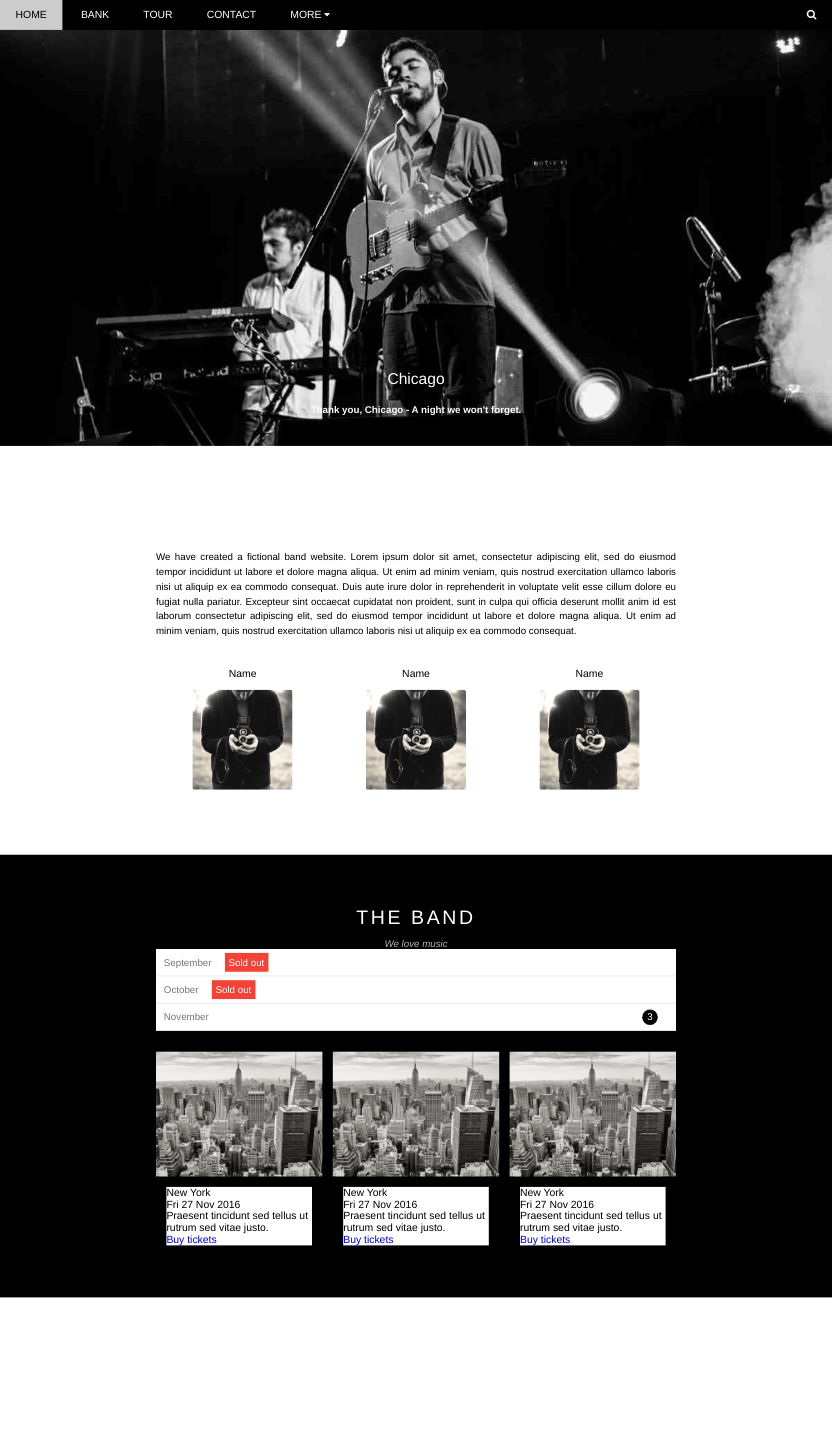
Repository: vuongtm1999/TheBand_W3School
Page: index.html
An editor plug-in stored every save of this project. The page is shown before and after the next save, followed by the edit.
The browser window is 1280 px wide. The pictures show the whole page, at 65% of full size.

Above is the page before, as saved 2022-08-26 17:48:21.

### index.html
<!DOCTYPE html>
<html lang="en">
<head>
    <meta charset="UTF-8">
    <meta http-equiv="X-UA-Compatible" content="IE=edge">
    <meta name="viewport" content="width=device-width, initial-scale=1.0">
    <title>Document</title>
    <link rel="stylesheet" href="./assets/css/style.css">
    <link rel="stylesheet" href="https://cdnjs.cloudflare.com/ajax/libs/font-awesome/4.7.0/css/font-awesome.min.css">

</head>
<body>
        <div id="header">
            <!-- begin: nav -->
            <ul id="nav">
                <li><a href="#">Home</a></li>
                <li><a href="#">Bank</a></li>
                <li><a href="#">Tour</a></li>
                <li><a href="#">Contact</a></li>
                <li>
                    <a href="#">More <i style="font-size: 15px;" class="fa fa-caret-down"></i></a>
                    <ul class="subnav">
                        <li><a href="#">Merchandise</a></li>
                        <li><a href="#">Extras</a></li>
                        <li><a href="#">Media</a></li>
                    </ul>
                </li>
            </ul>
            <!-- end: nav -->

            <!-- begin: search button -->
            <div class="search-button">
                <i class="fa fa-search"></i>
            </div>
            <!-- end: search button -->
        </div>

        <div id="slider">
            <div class="text-content">
                <div class="container">
                    <h3 class=text-heading>
                        Chicago
                    </h3>
                    <div class="text-description">
                        Thank you, Chicago - A night we won't forget.
                    </div>
                </div>
            </div>
        </div>

        <div id="content">
            <!-- about section -->
            <div class="content-section">
                <h2 class="section-heading">THE BAND</h2>
                <p class="section-sub-heading">We love music</p>
                <p class="section-about-text">We have created a fictional band website. Lorem ipsum dolor sit amet, consectetur adipiscing elit, sed do eiusmod tempor incididunt ut labore et dolore magna aliqua. Ut enim ad minim veniam, quis nostrud exercitation ullamco laboris nisi ut aliquip ex ea commodo consequat. Duis aute irure dolor in reprehenderit in voluptate velit esse cillum dolore eu fugiat nulla pariatur. Excepteur sint occaecat cupidatat non proident, sunt in culpa qui officia deserunt mollit anim id est laborum consectetur adipiscing elit, sed do eiusmod tempor incididunt ut labore et dolore magna aliqua. Ut enim ad minim veniam, quis nostrud exercitation ullamco laboris nisi ut aliquip ex ea commodo consequat.</p>

                <div class="member-list">

                    <div class="member-item">
                        <p class="member-name">Name</p>
                        <img class="member-image" src="assets/img/bandmember.jpg" alt="member">
                    </div>

                    <div class="member-item">
                        <p class="member-name">Name</p>
                        <img class="member-image" src="assets/img/bandmember.jpg" alt="member">
                    </div>

                    <div class="member-item">
                        <p class="member-name">Name</p>
                        <img class="member-image" src="assets/img/bandmember.jpg" alt="member">
                    </div>

                    <div class="clearFloat"></div>
                </div>
            </div>

            <!-- TOUR DATES section -->
            <div class="tour-section">
                <div class="content-section">
                    <h2 class="section-heading">THE BAND</h2>
                    <p class="section-sub-heading">We love music</p>

                    <ul class="ticket-list">
                        <li>September <span class="soldout">Sold out</span></li>
                        <li>October <span class="soldout">Sold out</span></li>
                        <li>November <span class="quantity">3</span></li>
                    </ul>

                    <div class="place-ticket">
                        <div class="place-item">
                            <img src="assets/img/place/newyork.jpg" alt="img-ticket" class="place-img">
                            <div class="place-body">
                                <p class="place-city">New York</p>
                                <p class="place-time">Fri 27 Nov 2016</p>
                                <p class="place-description">Praesent tincidunt sed tellus ut rutrum sed vitae justo.</p>
                                <a href="#" class="place-buy-tickets">Buy tickets</a>
                            </div>
                        </div>

                        <div class="place-item">
                            <img src="assets/img/place/newyork.jpg" alt="img-ticket" class="place-img">
                            <div class="place-body">
                                <p class="place-city">New York</p>
                                <p class="place-time">Fri 27 Nov 2016</p>
                                <p class="place-description">Praesent tincidunt sed tellus ut rutrum sed vitae justo.</p>
                                <a href="#" class="place-buy-tickets">Buy tickets</a>
                            </div>
                        </div>

                        <div class="place-item">
                            <img src="assets/img/place/newyork.jpg" alt="img-ticket" class="place-img">
                            <div class="place-body">
                                <p class="place-city">New York</p>
                                <p class="place-time">Fri 27 Nov 2016</p>
                                <p class="place-description">Praesent tincidunt sed tellus ut rutrum sed vitae justo.</p>
                                <a href="#" class="place-buy-tickets">Buy tickets</a>
                            </div>
                        </div>

                        <div class="clearFloat"></div>
                    </div>
                </div>
            </div>

            <!-- CONTACT section -->
            <div class="content-section">
                <h2 class="section-heading">THE BAND</h2>
                <p class="section-sub-heading">We love music</p>
            </div>

        </div>

        <div id="footer">

        </div>
    </div>
</body>
</html>

### assets/css/style.css
/* reset CSS */
* {
    margin: 0;
    padding: 0;
    box-sizing: border-box;
}

html {
    font-family: Helvetica, Arial, sans-serif;
}

#nav, .subnav, li{
    list-style-type: none;
}

#nav{
    display: inline-block;
}

/*
Nguyen tac lam viec
1. Vi tri
2. Kich thuoc
3. Mau sac
4. Kieu dang (kieu chu, hinh tron hay hinh vuong,...)
*/

/*
Tu ngoai vao trong
Tu tren xuong duoi
TU tong quan den chi tiet
 */

#main {}

#header {
    position: fixed;
    z-index: 1;
    height: 46px;
    background-color: #000;
    color: #fff;
    top: 0;
    left: 0;
    right: 0;
}

#nav li {
    text-decoration: none;
    line-height: 46px;
}

a{
    text-decoration: none;
}

#nav > li > a {
    /* display: inline-block; */
    padding: 0px 24px;
    color: #ffffff;
    text-transform: uppercase;
}

#nav > li {
    display: inline-block;
}

#nav li:last-child {
    position: relative;
}

#nav .subnav {
    background-color: #fff;
    position: absolute;
    display: none;
    top: 100%;
    left: 0;
    box-shadow:  0px 0px 10px rgba(0, 0, 0, 0.3);
    min-width: 160px;
}

#nav .subnav a{
    color: #000;
    padding: 0px 12px;
    line-height: 30px;
    display: inline-block;
    width: 100%;
}

#nav .subnav li:hover,
#nav > li:hover > a {
    color: #000;
    background-color: #ccc;
    display: block;
}

#nav > li:last-child:hover .subnav{
    display: block;
}

/* search btn */
#header .search-button{
    float: right;
    line-height: 46px;
    padding: 0 24px;
}

#header .search-button:hover{
    background-color: #f44336;
    cursor: pointer;
}

#slider {
    /* background-color: rgb(27, 22, 22); */
    margin-top: 46px;
/* padding-top bang 50% chieu rong cua thanh phan do */
    padding-top: 50%;
    position: relative;
    background: url("/assets/img/chicago.jpg") top center / cover no-repeat;
}

#slider .text-content{
    position: absolute;
    color: white;
    bottom: 48px;

    /* cach 1 */
    /* left: 50%;
    transform: translateX(-50%); */
    /* cach 2 */
    /* left: 0;
    right: 0; */
    /* cach 3 */
    width: 100%;
    text-align: center;
}

.text-heading{
    font-size: 24px;
    font-weight: 400;
}

.text-description{
    margin-top: 25px;
    font-weight: bolder;
    font-size: 15px;
}

#content .content-section{
    width: 800px;
    padding: 64px 0;
    margin-left: auto;
    margin-right: auto;
}

.content-section .section-heading,
.content-section .section-about-text{
    margin: 15px 0px;
}

.content-section .section-heading,
.content-section .section-sub-heading{
    text-align: center;
}

.content-section .section-sub-heading{
    font-size: 15px;
    opacity: 0.7;
    font-style: italic;
}

.content-section .section-heading{
    font-size: 30px;
    font-weight: 500;
    letter-spacing: 4px;
}

.content-section .section-about-text{
    /* line-height khong co px */
    line-height: 1.5;
    font-size: 15px;
    text-align: justify;
}

.content-section .member-item{
    float: left;
    width: calc(100%/3);

    /* width: 33.333%; */
}

.content-section .member-list{
    margin: 32px 0;
    text-align: center;

    /* Khac phuc khi dung float :left */
    /* overflow: hidden; */
}

.content-section .member-name{
    /* text-align: center; */
}

.content-section .member-name{
    margin: 15px 0;
}

.content-section .member-image{
    width: 154px;
    border-radius: 4px;
}

.content-section .clearFloat{
    /* Khac phuc khi dung float :left */
    clear: both;
}

/* Tour section */
.tour-section{
    background-color: #000;
}

/*  begin: tour section */
.section-heading,
.section-sub-heading{
    color: white;
}

.ticket-list{
    background-color: white;
}

.ticket-list > li{
    font-size: 15px;
    padding: 12px;
    border-bottom: 1px solid #ddd;
    color: #757575;
}

.soldout{
    background-color: #f44336;
    padding: 6px;
    margin-left: 16px;
    color: #fff;
}

.quantity{
    float: right;
    margin-right: 16px;
    background-color: #000;
    width: 24px;
    height: 24px;
    border-radius: 50%;
    color: white;
    text-align: center;
    line-height: 24px;
    margin-top: -3px;
}

/* place-ticket */
.place-ticket{
    /* margin-top: 32px; */
    padding-top: 32px;
    margin-left: -8px;
    margin-right: -8px;
}

.place-item{
    float: left;
    width: 33.3333%;
    padding: 0 8px;
}

.place-img{
    width: 100%;
    display: block;
}

.place-body{
    background-color: white;
    color: rgb(1, 1, 1);
    /* padding: 16px; */
    margin: 16px;
}

.place-city{

}

.place-time{

}

.place-description{

}

.place-buy-tickets{

}



#container {
    /* height: 500px;
    background-color: #ccc; */
}

#content {}

#footer {}

After the next save:
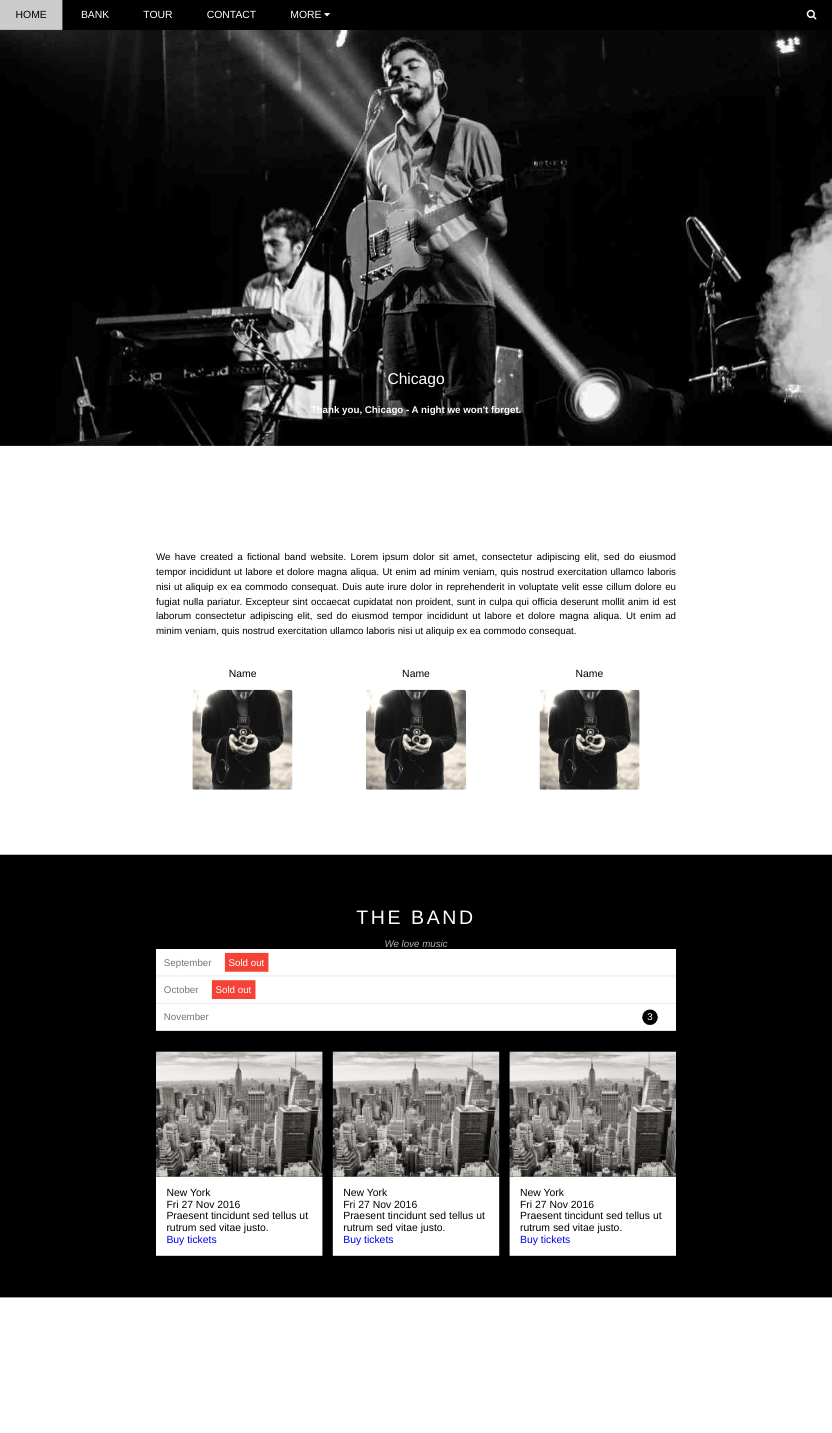
Saved 5 s later.
--- a/assets/css/style.css
+++ b/assets/css/style.css
@@ -278,8 +278,7 @@ a{
 .place-body{
     background-color: white;
     color: rgb(1, 1, 1);
-    /* padding: 16px; */
-    margin: 16px;
+    padding: 16px;
 }
 
 .place-city{
